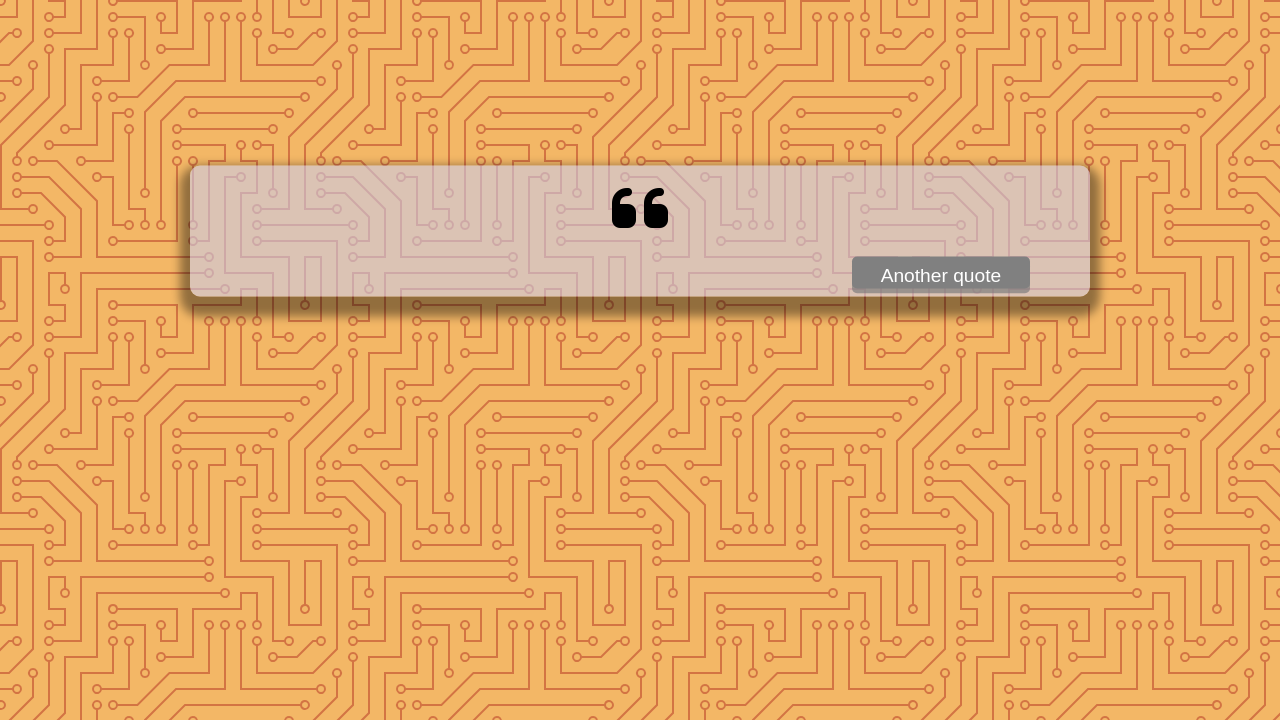
Repository: bmbrdr/QuoteGenerator
Page: index.html
An editor plug-in stored every save of this project. The page is shown before and after the next save, followed by the edit.
The browser window is 1280 px wide. The pictures show the whole page.
The page's requests for data from a server got no answer. Some web libraries are served in a nearby version.

Above is the page before, as saved 2021-12-24 21:16:19.

### index.html
<!DOCTYPE html>
<html lang="en">
<head>
    <script src="https://kit.fontawesome.com/121cc13a68.js" crossorigin="anonymous"></script>
    <meta charset="UTF-8">
    <meta http-equiv="X-UA-Compatible" content="IE=edge">
    <meta name="viewport" content="width=device-width, initial-scale=1.0">
    <link rel="icon" type="image/png" href="https://cdnjs.cloudflare.com/ajax/libs/font-awesome/6.0.0-beta2/css/all.min.css">
    <link rel="stylesheet" href="style.css">
    <title>Quote Generator</title>
</head>
<body>
    <div class="quote-container" id="quote-container">
        <div class="quote-text">
            <i class="fas fa-quote-left"></i>
            <span class="quote"></span>

        <div class="quote-author">
                <span class="author"></span>
        </div>

            <button class="new-quote">Another quote</button>

        </div>

    </div>


    <script src="main.js"></script>
</body>
</html>

### style.css
/* global styles  */
*{
    padding: 0;
    margin: 0;
    box-sizing: border-box;
}
/* html{
    position: relative;
} */
body{
    background-color:  rgb(243,183,102);
    background-image: url("data:[embedded picture, 5329 characters]");
    color: #000;
    font-family: 'Franklin Gothic Medium', 'Arial Narrow', Arial, sans-serif;
    font-weight: 700;
    text-align: center;
    position: relative;
    /* top:50%;
    left:50%;
    transform:  translate(-50%, 50%); */
}




/* text styles */

.quote-container{
    position: relative;
    top: 100px;
    left: 50%;
    transform: translate(-50%, 50%);
    width: auto;
    max-width: 900px;
    padding: 10px 60px 40px;
    border-radius: 10px;
    background-color: rgba(204,204,232, .6);
    box-shadow: 0 10px 10px 10px rgba(0,0,0, .4);
}

.quote-text{
    font-size: 2.7rem;

}

.fa-quote-left{
    font-size: 4rem;
}

.quote-author{
    margin-top: 15px;
    font-size: 2rem;
    font-weight: 400;
    font-style: italic;
}




/* buttons style */

.new-quote{
    float: right;
}

button{
    cursor: pointer;
    font-size: 1.2rem;
    height: 2rem;
    border: none;
    border-radius: 5px;
    color: white;
    background-color: gray;
    outline: none;
    padding: .5rem 1.8rem;
    box-shadow: 0 0.3rem rgba(121, 121, 121, .65);

}

button:hover{
    filter: brightness(110%);
}

button:active{
    transform: translate(0, .1rem);
    box-shadow: 0 .15rem rgba(gray, .65);
}

### main.js
// Constants

const quoteContainer = document.querySelector("#quote-container");
const quoteText = document.querySelector('.quote');
const authorText = document.querySelector('.author');
const newQuoteBtn = document.querySelector('.new-quote');



// API Array
let apiMotivation = [];


//  Displaying random quote
function newQuote(){
    const quote = apiMotivation[Math.floor(Math.random()* apiMotivation.length)]

    if(!quote.author){
        quote.author= "Unknown";
    }
    authorText.textContent= quote.author;
    quoteText.textContent= quote.text;
}


//  Main system
async function getMotivation(){
    const apiUrl = "https://type.fit/api/quotes";


    try{
        const respone = await fetch(apiUrl);
        apiMotivation = await respone.json();
        newQuote();

    } catch{
        // Catch error
    }
}

// Button

newQuoteBtn.addEventListener('click',newQuote);


//  Calling just to check
getMotivation();

After the next save:
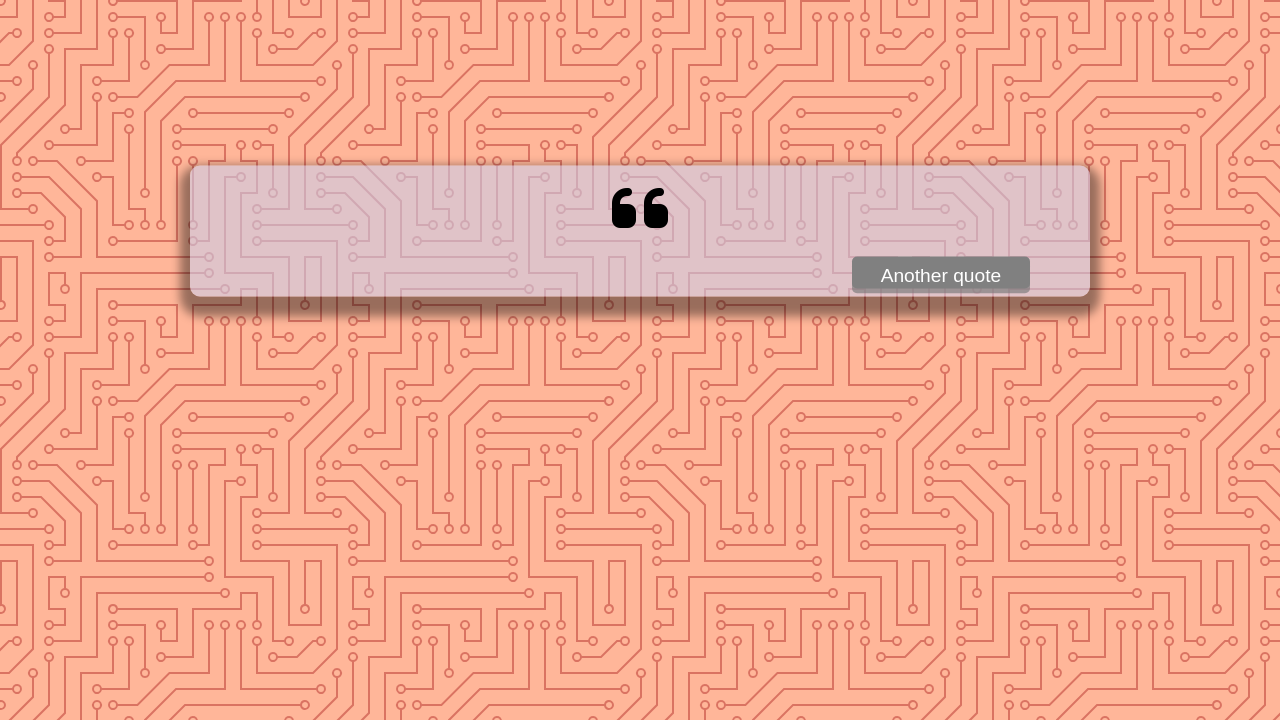
Saved 23 s later.
--- a/style.css
+++ b/style.css
@@ -8,7 +8,7 @@
     position: relative;
 } */
 body{
-    background-color:  rgb(243,183,102);
+    background-color:  rgba(255,134,86, .6);
     background-image: url("data:[embedded picture, 5329 characters]");
     color: #000;
     font-family: 'Franklin Gothic Medium', 'Arial Narrow', Arial, sans-serif;
